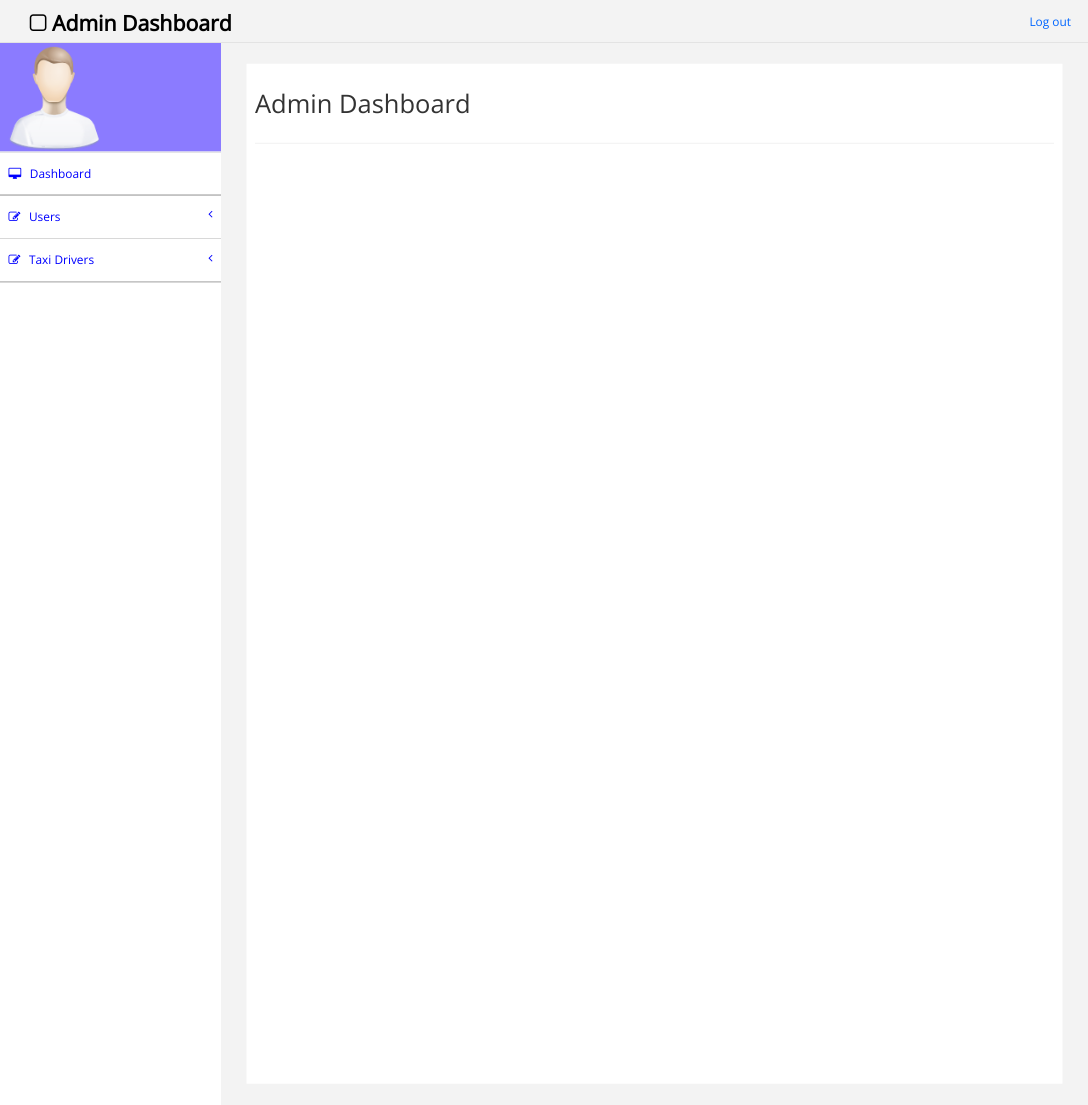
Repository: ash-the-reaper/TaxiRoot
Page: UI/WebContent/index.html
The author's editor kept a copy of each file at every save. The page is drawn from the files as they stood at one save, then again after the next save.
The browser window is 1280 px wide. The pictures show the whole page, at 85% of full size.

Above is the page before, as saved 2017-05-20 08:08:08.
Console error (its wording comes from the project's code and is left out).

After the next save:
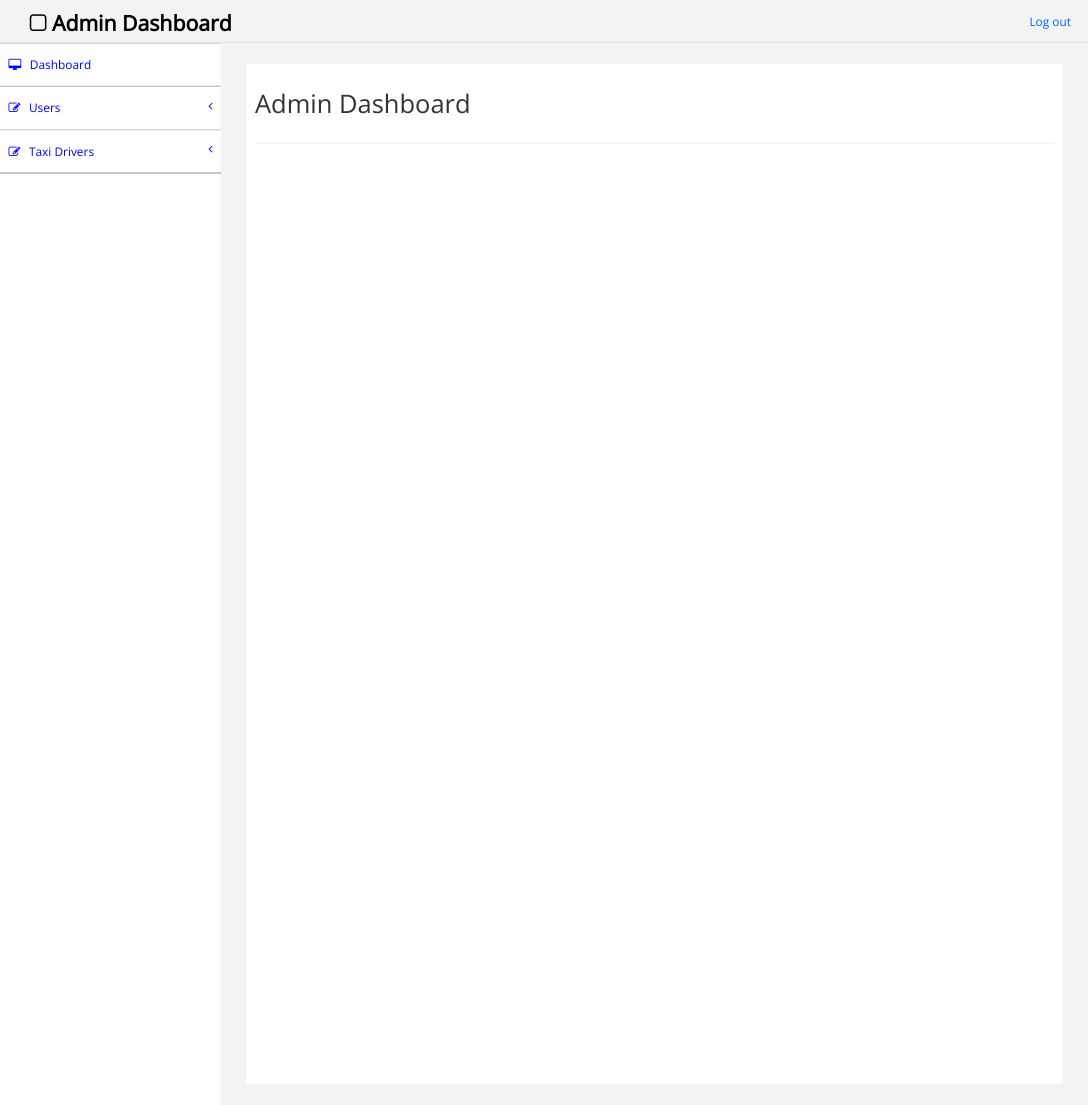
Saved 19 min 0 s later.
--- a/UI/WebContent/index.html
+++ b/UI/WebContent/index.html
@@ -39,7 +39,7 @@
             <div class="sidebar-collapse">
                 <ul class="nav" id="main-menu">
                     <li class="text-center user-image-back">
-                        <img src="assets/img/find_user.png" class="img-responsive" />
+                        <img  class="img-responsive" />
 
                     </li>
 

After the save that followed:
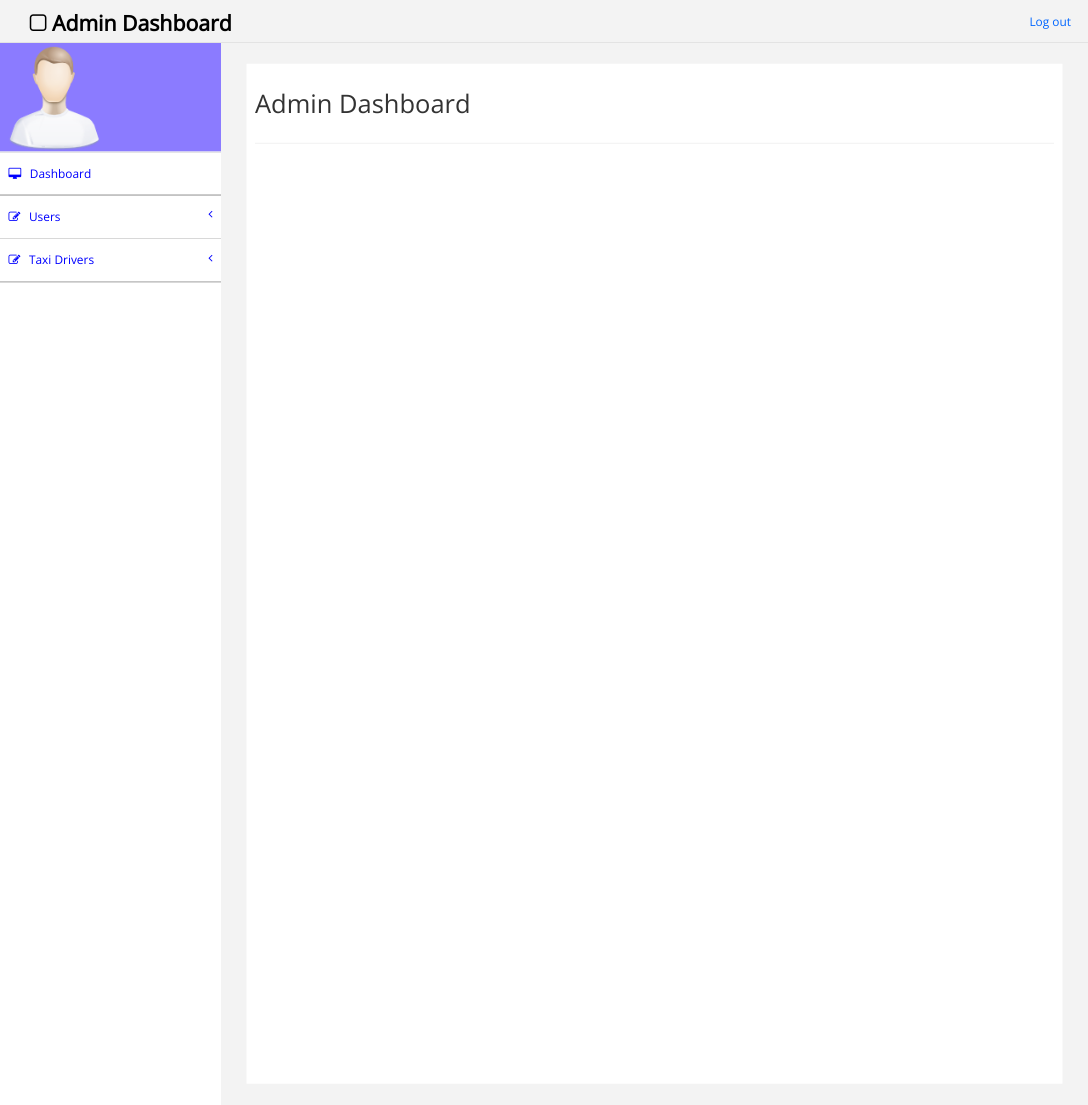
Saved 15 s later.
--- a/UI/WebContent/index.html
+++ b/UI/WebContent/index.html
@@ -39,7 +39,7 @@
             <div class="sidebar-collapse">
                 <ul class="nav" id="main-menu">
                     <li class="text-center user-image-back">
-                        <img  class="img-responsive" />
+                        <img src="assets/img/find_user.png" class="img-responsive" />
 
                     </li>
 
